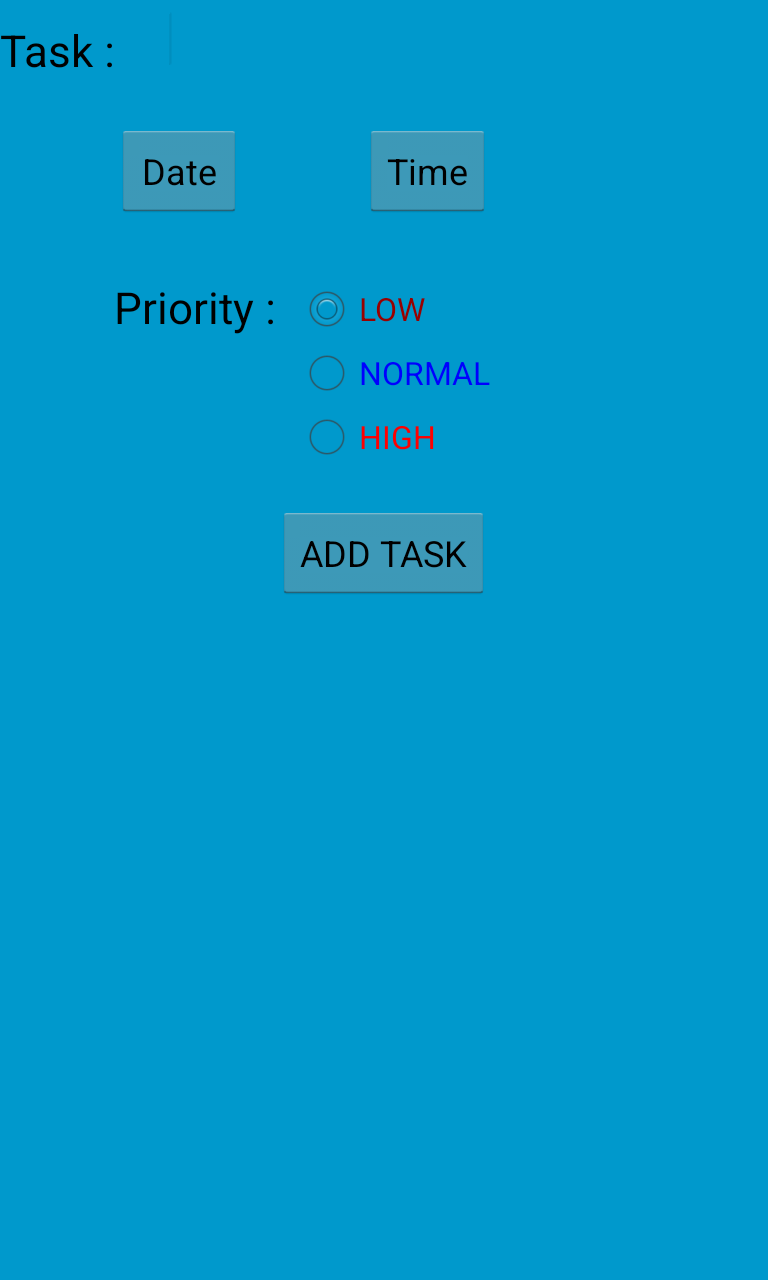
Repository: satyadarls/ToDo
Layout: ToDo/res/layout/customdialog_layout.xml
These files come from the project's save history. The layout is drawn as it stood at one moment and after the next save; the edit follows.
It is drawn on a 768 x 1280 px phone screen (xhdpi) without system bars, with theme AppTheme; the app's code is not run.

Above is the layout before, as saved 2014-07-03 14:50:34.

After the next save:
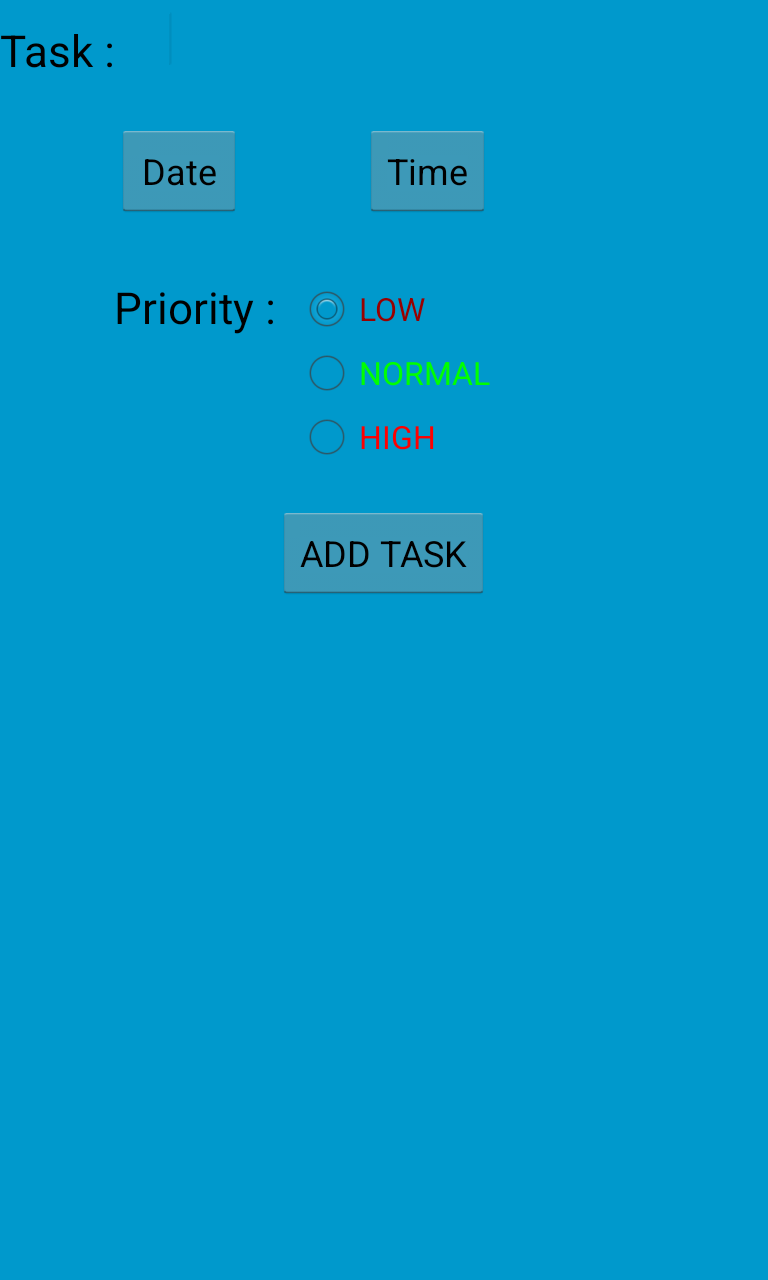
Saved 9 s later.
--- a/ToDo/res/layout/customdialog_layout.xml
+++ b/ToDo/res/layout/customdialog_layout.xml
@@ -65,7 +65,7 @@
             android:id="@+id/radio1"
             android:layout_width="wrap_content"
             android:layout_height="wrap_content"
-            android:textColor="#0000ff"
+            android:textColor="#00ff00"
             android:text="NORMAL" />
 
         <RadioButton
